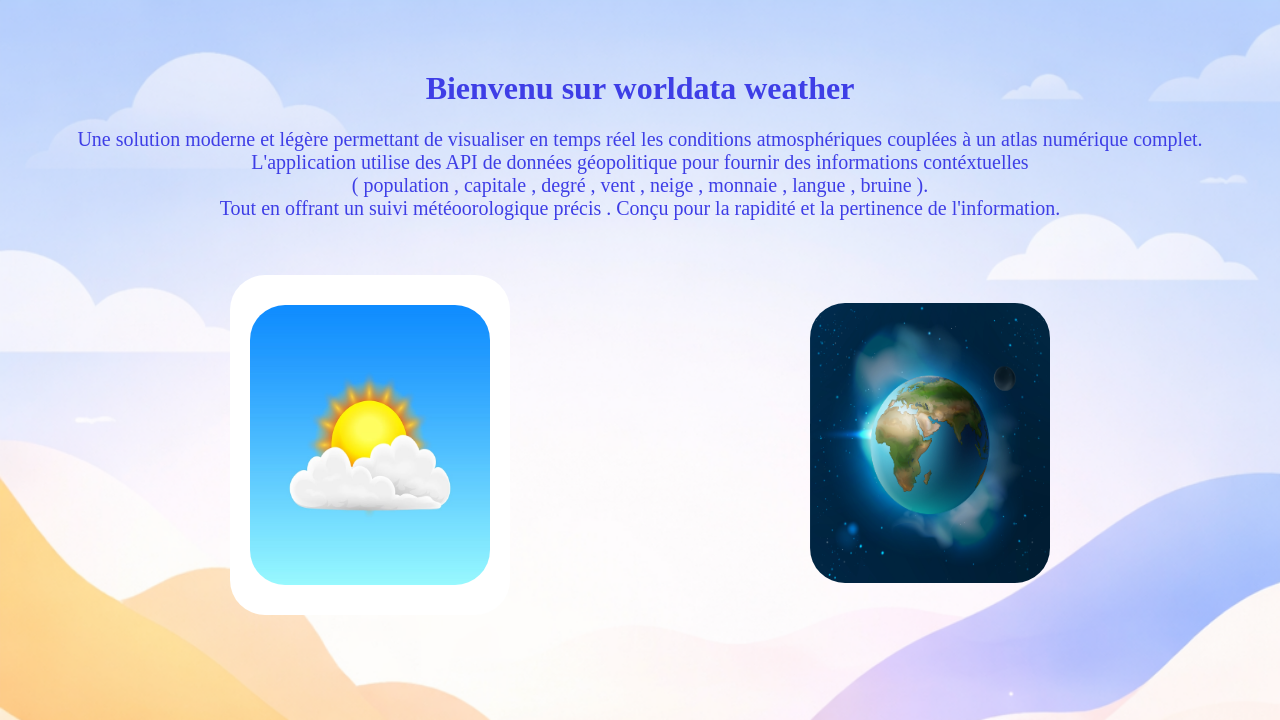
Repository: assanendao171/meteo
Page: index.html
An editor plug-in stored every save of this project. The page is shown before and after a run of saves, followed by the edit.
The browser window is 1280 px wide. The pictures show the whole page.

Above is the page before, as saved 2026-03-18 17:09:56.

### index.html
<!DOCTYPE html>
<html lang="en">
<head>
    <meta charset="UTF-8">
    <meta name="viewport" content="width=device-width, initial-scale=1.0">
    <title>Document</title>
    <link rel="stylesheet" href="style.css">
</head>
<body>
    <h1>Bienvenu sur worldata weather</h1>
    <p>Une solution moderne et légère permettant de visualiser en temps réel les conditions atmosphériques couplées à un atlas numérique
        complet. <br> L'application utilise des API de données géopolitique pour fournir des informations contéxtuelles <br>
        ( population , capitale , degré , vent , neige , monnaie , langue , bruine ). <br>
        Tout en offrant un suivi météoorologique précis . Conçu pour la rapidité et la  pertinence de l'information.
    </p>
    <div id="contain">
        <div id="img1">
            <img src="acceuil.jpg" alt="meteo">

        </div>
        <div id="ima2">
<img src="18966224.jpg" alt="la terre">

        </div>
    </div>
</body>
</html>

### style.css
body{
    background-image: url("fondacceuil.png");
    background-size: cover;
    background-repeat: no-repeat;
}
img{
    width: 240px;
    height: 280px;
    border-radius: 35px;
}
h1{
    text-align: center;
    color: rgb(62, 62, 230);
    font-size:2rem;
        margin-top: 70px;

}
#contain{
    display: flex;
    gap: 300px;
flex-direction: row;
justify-content: center;
align-items: center;
margin-top:55px
}
p{
        font-size: 20px;
    text-align: center;
    color: rgb(62, 62, 230);
}
#img1{
    width: 280px;
    height: 340px;
    background-color: white;
    display: flex;
    flex-direction: column;
    justify-content: center;
    align-items: center;
    border-radius: 35px;
    box-shadow: ;
}

After the next 6 saves:
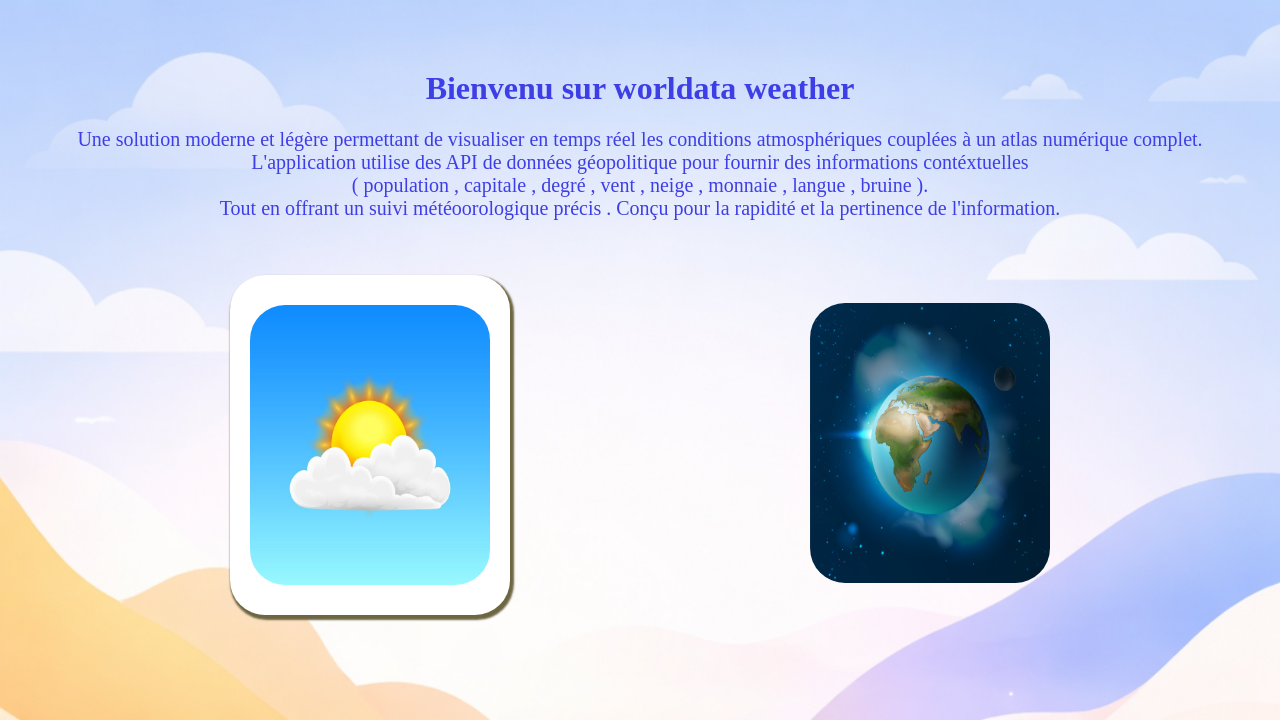
The 6 saves are shown as one change because they came seconds apart.
The last was saved 18 s later.
--- a/style.css
+++ b/style.css
@@ -37,5 +37,5 @@ p{
     justify-content: center;
     align-items: center;
     border-radius: 35px;
-    box-shadow: ;
+    box-shadow: 2px 3px 2px 2px rgb(110, 102, 67);
 }
